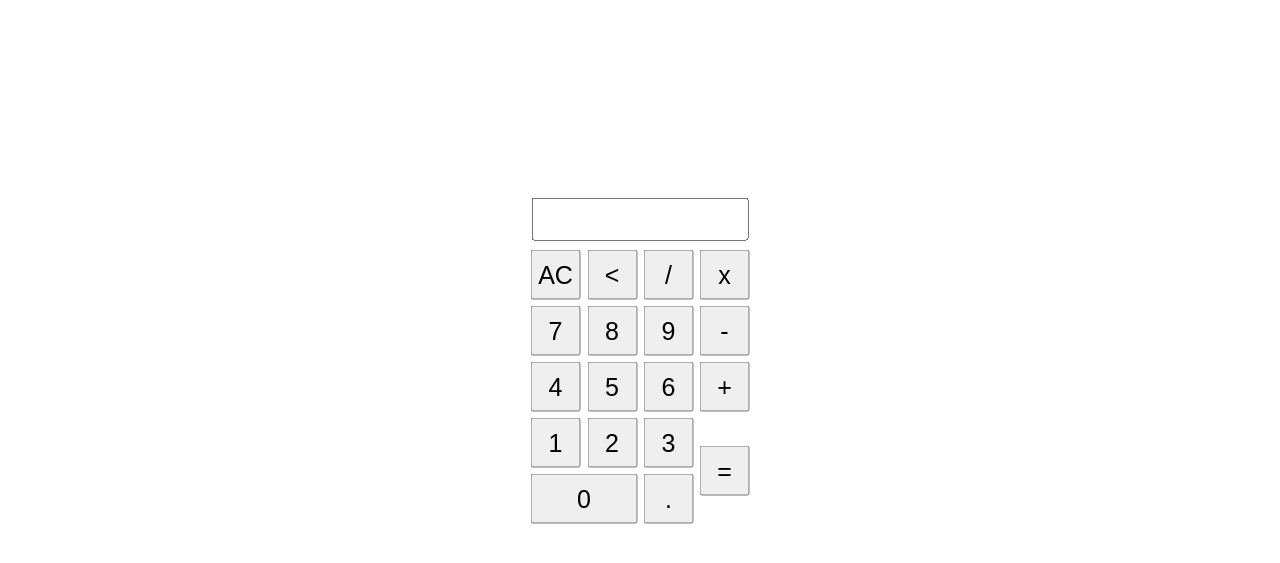
Repository: lacey-crenshaw/calculator
Page: index.html
These files come from the project's save history. The page is drawn as it stood at one moment and after the next save; the edit follows.
The browser window is 1280 px wide. The pictures show the whole page.

Above is the page before, as saved 2020-02-14 09:56:08.

After the next save:
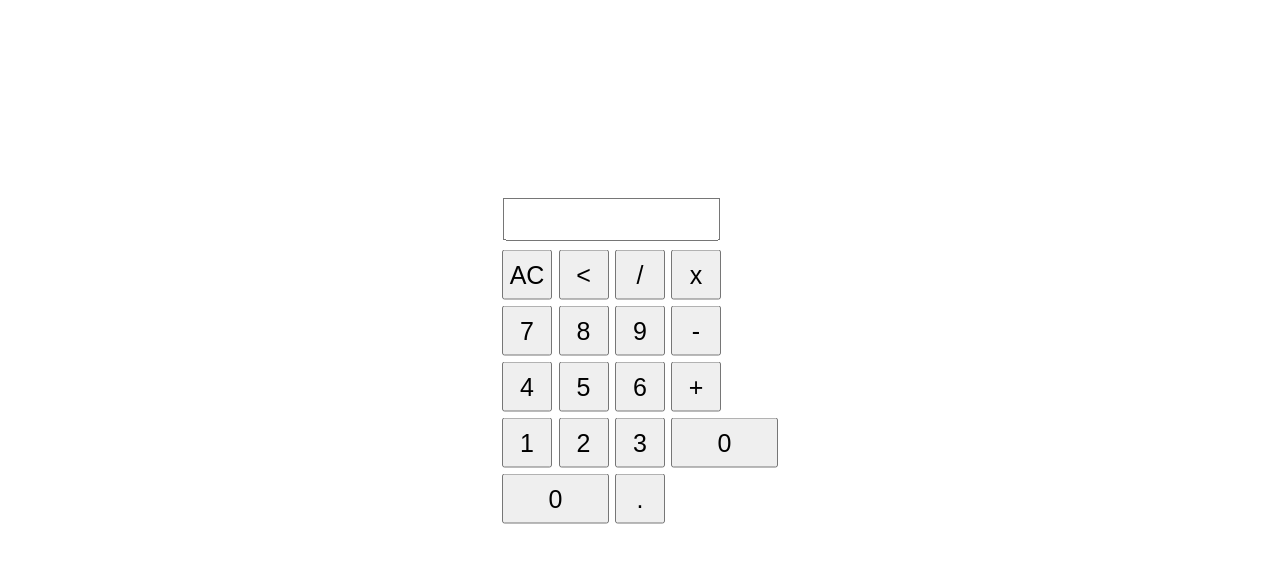
Saved 47 s later.
--- a/index.html
+++ b/index.html
@@ -53,7 +53,7 @@
                 <td><input class="button" type="button" value="1" onclick="insert(1)"> </td>
                 <td><input class="button" type="button" value="2" onclick="insert(2)"> </td>
                 <td><input class="button" type="button" value="3" onclick="insert(3)"> </td>
-                <td rowspan="2"><input class="button" id="eq" type="button" value="=" onclick="equal()"> </td>
+                <td colspan="2"><input class="button" id="zero" type="button" value="0" onclick="insert('=')"></td>
             </tr>
             <tr>
                 <td colspan="2"><input class="button" id="zero" type="button" value="0" onclick="insert(0)">
